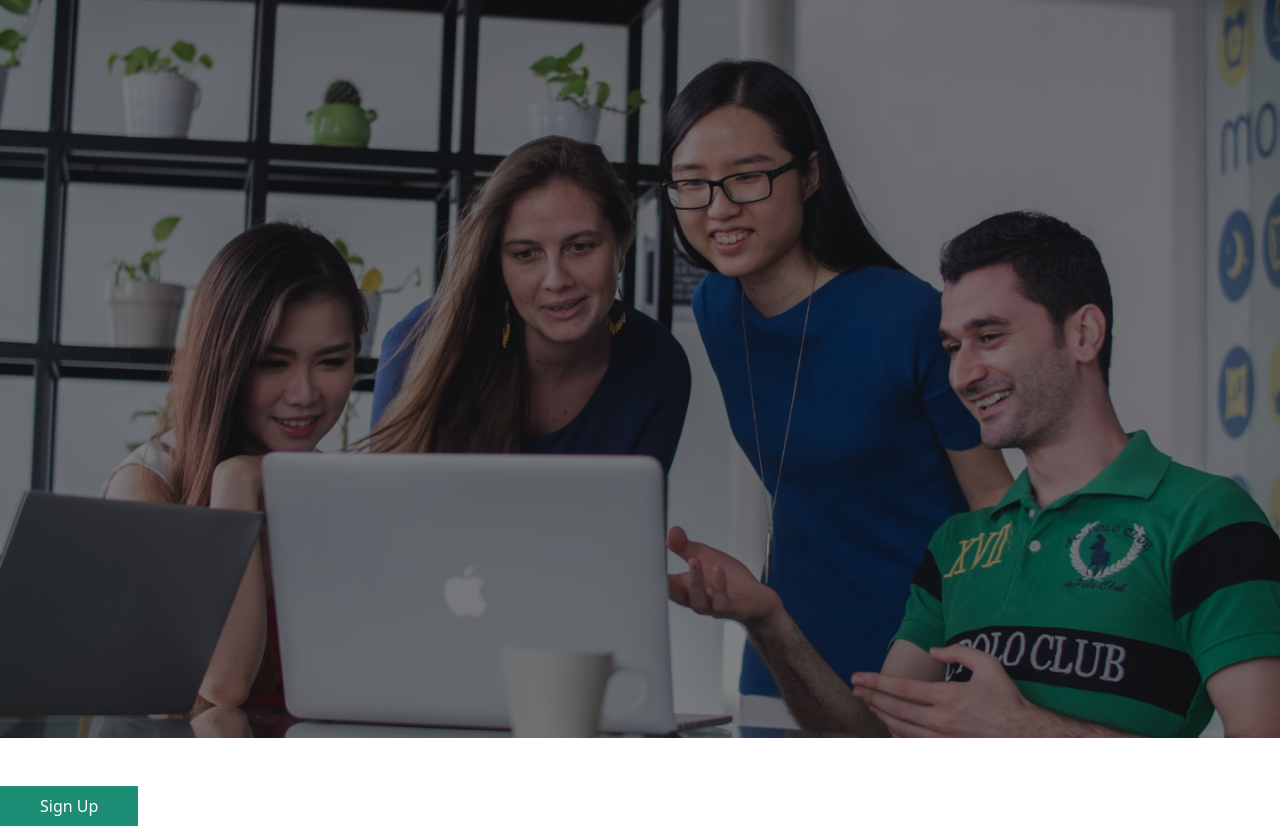
Repository: vandangnhathung/educationplatform
Page: /
These files come from the project's save history. The page is drawn as it stood at one moment and after the next save; the edit follows.
The browser window is 1280 px wide. The pictures show the whole page.
The project was rebuilt for these pictures with package versions that can differ from the ones it lists, and the page was loaded fresh each time.

Above is the page before, as saved 2022-06-20 14:29:23.

### src/index.js
import React from "react";
import ReactDOM from "react-dom/client";
import App from "./App";
import reportWebVitals from "./reportWebVitals";
import "./index.css";
const root = ReactDOM.createRoot(document.getElementById("root"));
root.render(
  <React.StrictMode>
    <App />
  </React.StrictMode>
);

// If you want to start measuring performance in your app, pass a function
// to log results (for example: reportWebVitals(console.log))
// or send to an analytics endpoint. Learn more: https://bit.ly/CRA-vitals
reportWebVitals();

### src/App.js
import Header from "./components/Header";

function App() {
  return (
    <>
      <Header></Header>
    </>
  );
}

export default App;

### src/index.css
@tailwind base;
@tailwind components;
@tailwind utilities;

*,
*::before,
*::after {
  box-sizing: border-box;
}
* {
  margin: 0;
  padding: 0;
}

html,
body {
  height: 100%;
}
body {
  line-height: 1.5;
}

img,
picture,
video,
canvas,
svg {
  display: block;
  max-width: 100%;
}
input,
button,
textarea,
select {
  font: inherit;
  outline: none;
}
p,
h1,
h2,
h3,
h4,
h5,
h6 {
  overflow-wrap: break-word;
}

.container {
    max-width: 1440px;
    margin: 0 auto;
}

### src/components/Header.js
import React, { useEffect } from "react";
import headerImg from "../images/Images.png";
const Header = () => {
  const headerNav = [
    {
      id: 1,
      title: "Home",
    },
    {
      id: 2,
      title: "Courses",
    },
    {
      id: 3,
      title: "Pricing",
    },
    {
      id: 4,
      title: "Reviews",
    },
  ];
  return (
    <header>
      <div className="relative">
        <img src={headerImg} alt="header_img" className="w-full" />
        <div className="absolute inset-0 bg-black opacity-50"></div>
      </div>
      <div className="container text-white">
        <div className="">Rearing</div>
        <div>
          <nav className="mr-[77px]">
            <ul className="flex gap-x-[49px] ">
              {headerNav.map((item) => (
                <li key={item.id}>{item.title}</li>
              ))}
            </ul>
          </nav>
          <button className="py-2 px-10 bg-[#1D8C74] text-white">
            Sign Up
          </button>
        </div>
      </div>
    </header>
  );
};

export default Header;

Loaded but not shown: public/index.html (common file); src/reportWebVitals.js (common file); tailwind.config.js (common file)

After the next save:
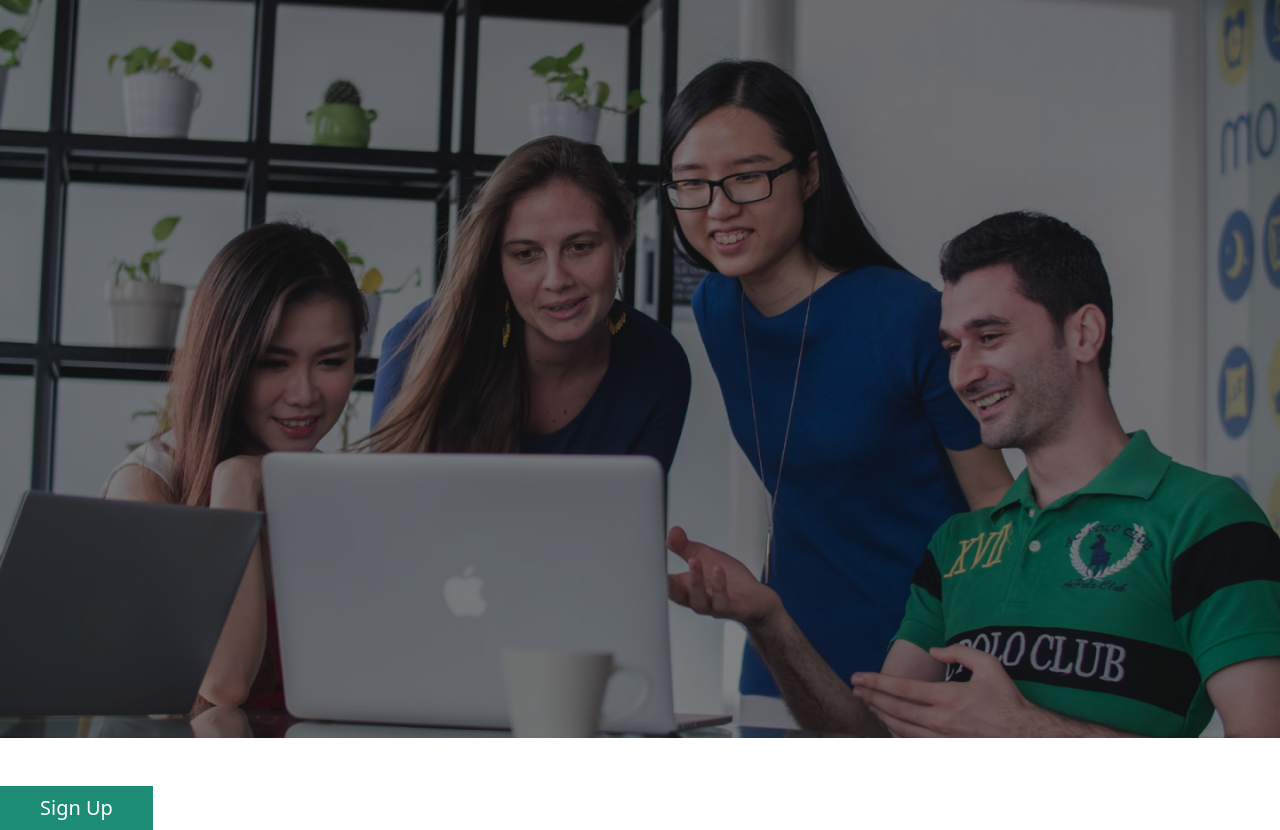
Saved 12 s later.
--- a/src/components/Header.js
+++ b/src/components/Header.js
@@ -35,7 +35,7 @@ const Header = () => {
               ))}
             </ul>
           </nav>
-          <button className="py-2 px-10 bg-[#1D8C74] text-white">
+          <button className="py-2 px-10 bg-[#1D8C74] text-white text-xl ">
             Sign Up
           </button>
         </div>
